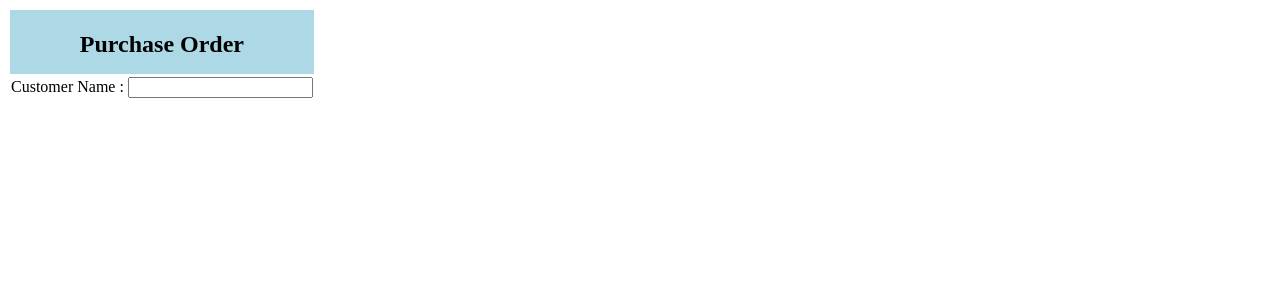
Repository: FatCat0712/JSP
Page: http://localhost/bai_20/
An editor plug-in stored every save of this project. The page is shown before and after the next save, followed by the edit.
The browser window is 1280 px wide. The pictures show the whole page.
The page is served by Tomcat 9.

Above is the page before, as saved 2024-04-22 01:20:37.

### bai_20/src/main/webapp/index.jsp
<%@ page language="java" contentType="text/html; charset=UTF-8"
    pageEncoding="UTF-8"%>
<!DOCTYPE html>
<html>
<head>
<meta charset="UTF-8">
<title>Insert title here</title>
</head>
<body>
<form action="trangDatHang.jsp" method="post">
	<table>
		<tr>
			<td colspan="2" style="background-color: lightblue; text-align: center">
				<h2 style="margin-bottom: 15px">Purchase Order</h2>
			</td>
		</tr>
		<tr>
			<td>
				<label>Customer Name : </label>
			</td>
			<td>
				<input type="text" name="name"/>
			</td>
		</tr>
	</table>
</form>

</body>
</html>

After the next save:
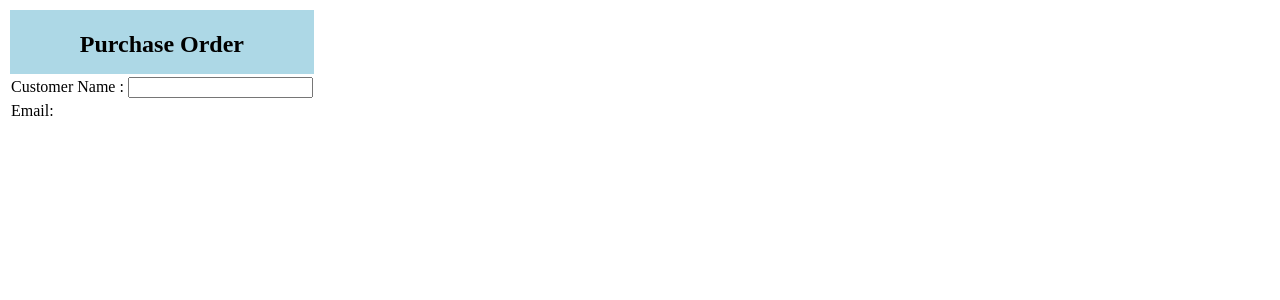
Saved 109 s later.
--- a/bai_20/src/main/webapp/index.jsp
+++ b/bai_20/src/main/webapp/index.jsp
@@ -22,6 +22,11 @@
 				<input type="text" name="name"/>
 			</td>
 		</tr>
+		<tr>
+			<td>
+				<label>Email: </label>
+			</td>
+		</tr>
 	</table>
 </form>
 
